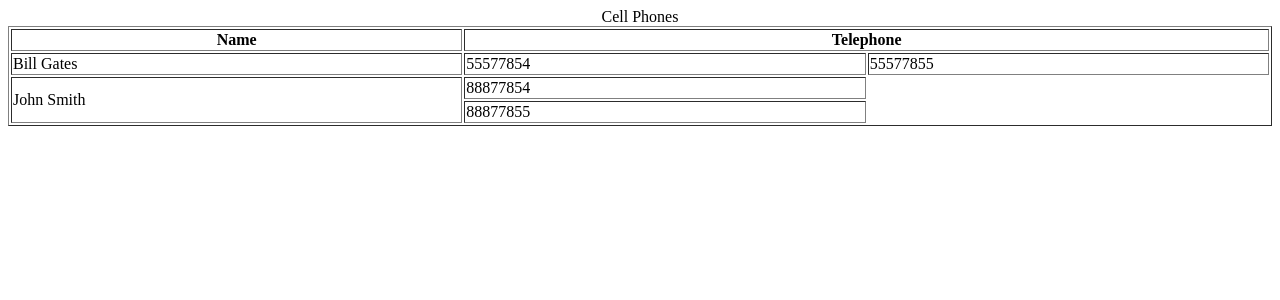
Repository: SanghunOh/learn_publising
Page: HtmlCss/WebContent/HtmlElements/table02.html
An editor plug-in stored every save of this project. The page is shown before and after the next save, followed by the edit.
The browser window is 1280 px wide. The pictures show the whole page.

Above is the page before, as saved 2018-05-05 06:53:12.

After the next save:
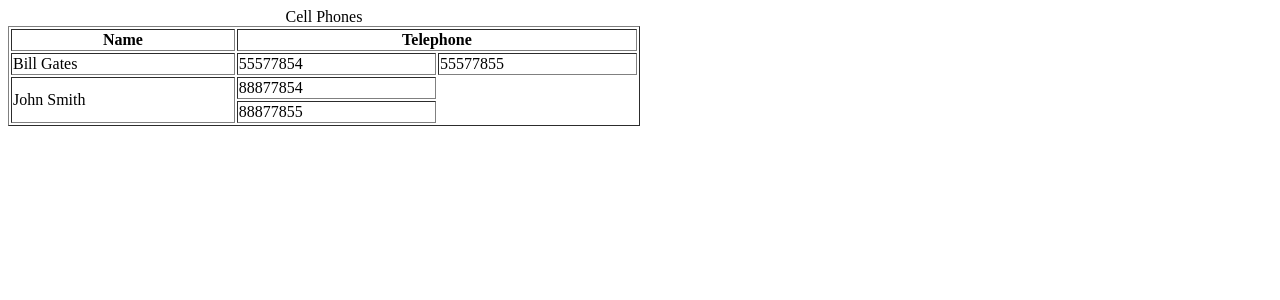
Saved 32 s later.
--- a/HtmlCss/WebContent/HtmlElements/table02.html
+++ b/HtmlCss/WebContent/HtmlElements/table02.html
@@ -1,7 +1,7 @@
 <!DOCTYPE html>
 <html>
 <body>
-	<table style="width: 100%" border="1">
+	<table style="width: 50%" border="1">
 		<caption>Cell Phones</caption>
 		<tr>
 			<th>Name</th>
